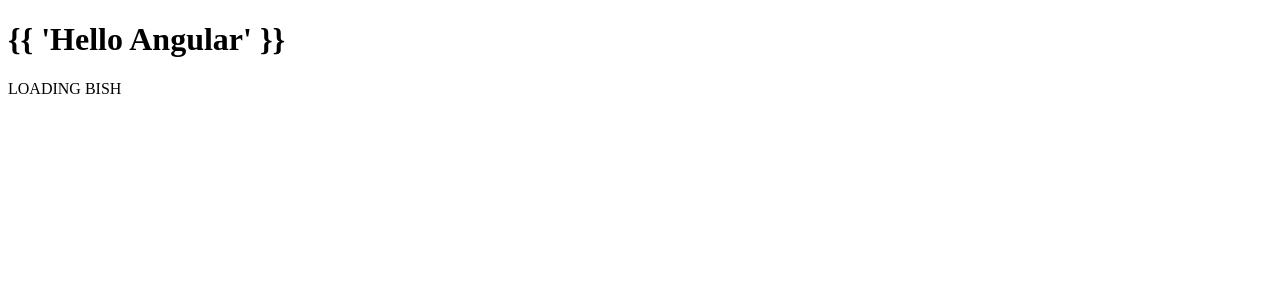
Repository: charlieactor/AngularLabs
Page: ngTodo/WebContent/index.html
The author's editor kept a copy of each file at every save. The page is drawn from the files as they stood at one save, then again after the next save.
The browser window is 1280 px wide. The pictures show the whole page.
Some web libraries are served in a nearby version.

Above is the page before, as saved 2017-08-23 21:51:37.
Console error (its wording comes from the project's code and is left out).

### ngTodo/WebContent/index.html
<!DOCTYPE html>
<html ng-app="appModule">
<head>
<meta charset="UTF-8">
<title>To Do</title>
<script src="https://cdnjs.cloudflare.com/ajax/libs/angular.js/1.5.7/angular.min.js"></script>
</head>
<body>
	<h1>{{ 'Hello Angular' }}</h1>
	<todo-list>LOADING BISH</todo-list>
</body>
</html>

### ngTodo/WebContent/app/appModule/app.module.js
angular.module('appModule', []);

After the next save:
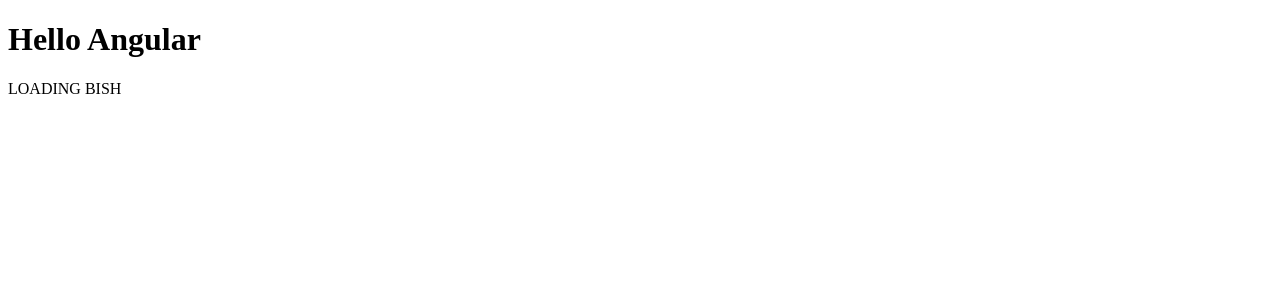
The error is gone.
Saved 112 s later.
--- a/ngTodo/WebContent/index.html
+++ b/ngTodo/WebContent/index.html
@@ -4,6 +4,7 @@
 <meta charset="UTF-8">
 <title>To Do</title>
 <script src="https://cdnjs.cloudflare.com/ajax/libs/angular.js/1.5.7/angular.min.js"></script>
+<script src="app/appModule/app.module.js"></script>
 </head>
 <body>
 	<h1>{{ 'Hello Angular' }}</h1>
